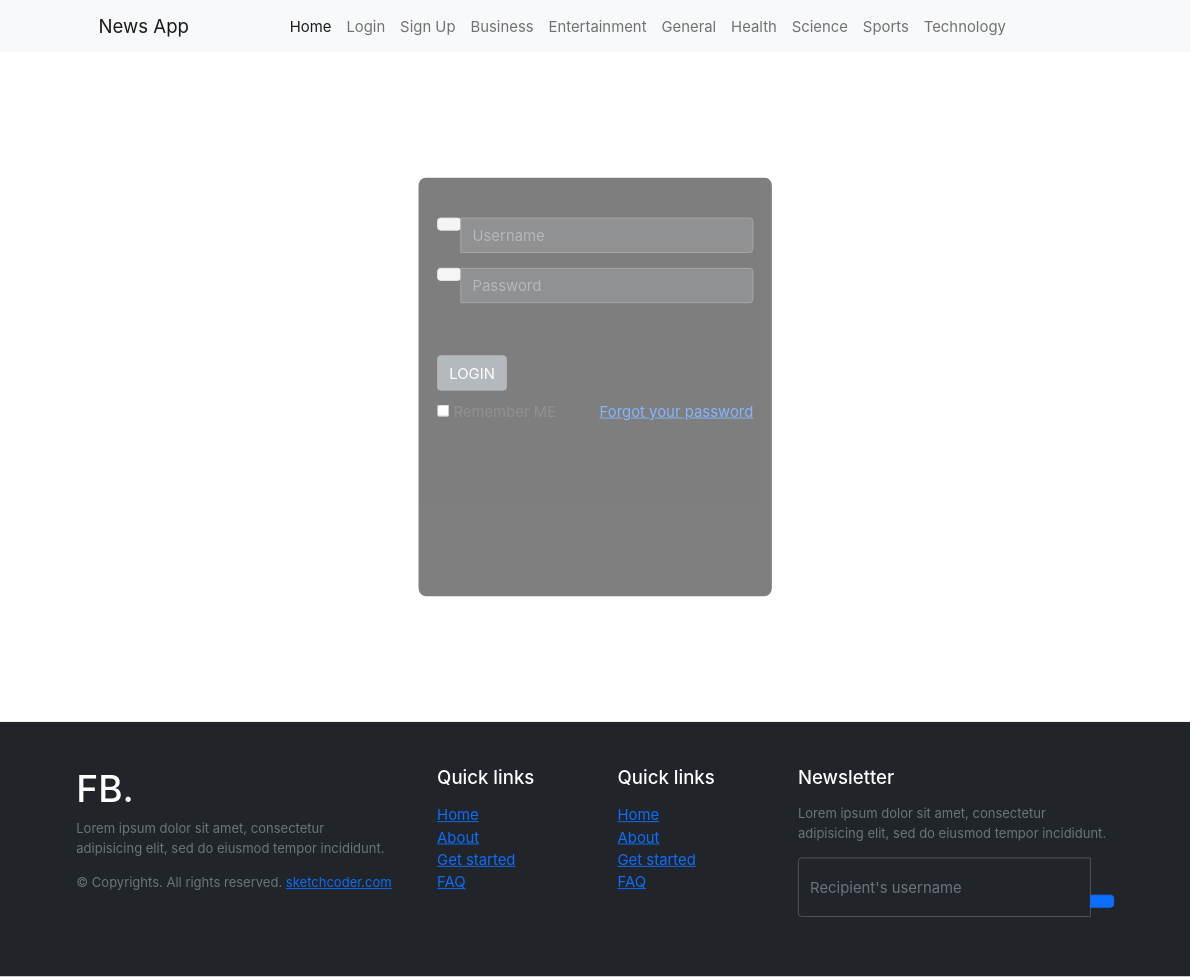
Repository: ZainAkbar51214/News-Site
Page: /login
These files come from the project's save history. The page is drawn as it stood at one moment and after the next save; the edit follows.
The browser window is 1280 px wide. The page is 1280 px wide, then 1292 px, so the pictures cover 1292 px, including what lies to the right of the window. The pictures show the whole page, at 93% of full size.
The project was rebuilt for these pictures with package versions that can differ from the ones it lists, and the page was loaded fresh each time. Also part of the build but not shown: src/Components/pages/SignUp.jsx, src/Components/Layouts/NewsItem.js, src/Components/Spinner.jsx, src/Components/Layouts/News.js.

Above is the page before, as saved 2023-12-18 03:40:41.

After the next save:
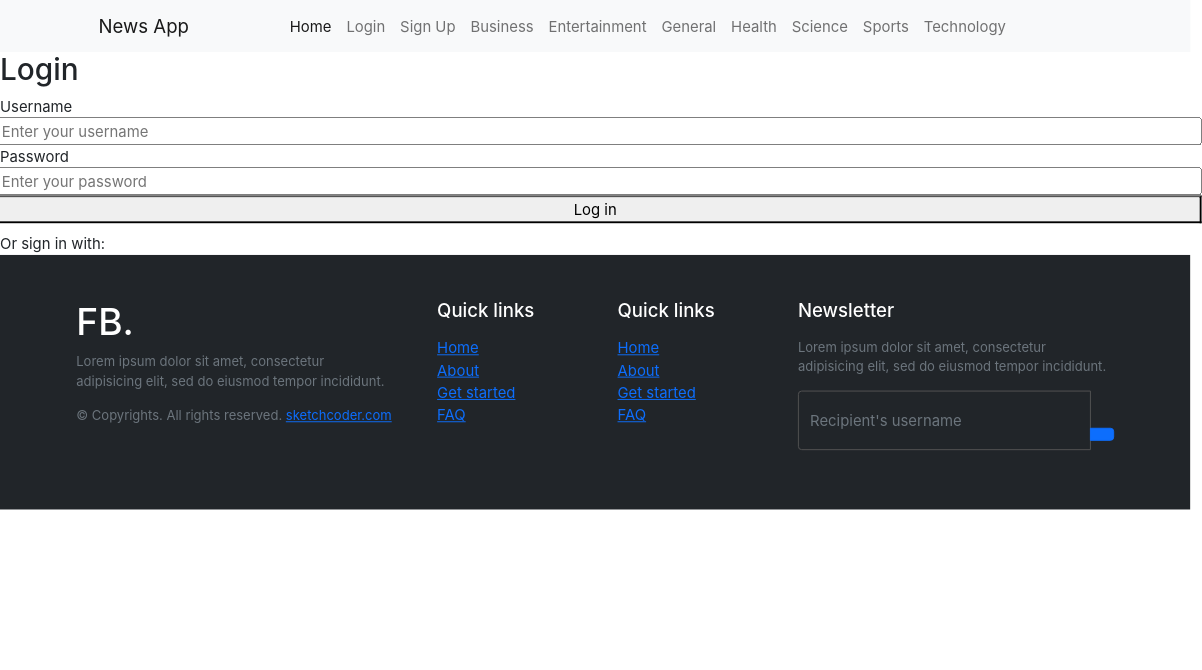
Saved 2 min 48 s later.
--- a/src/Components/pages/Login.jsx
+++ b/src/Components/pages/Login.jsx
@@ -1,47 +1,68 @@
 import React, { Component } from 'react';
 import { Link } from 'react-router-dom';
 
-class Login extends Component{
-    render(){
-      return(
-         <div className="container d-flex align-items-center justify-content-center" style={{width: '100%', height: '100vh'}}>
-          <div className="form-box">
-            <div className="header-form">
-              <h4 className="text-primary text-center"><i className="fa fa-user-circle" style={{fontSize:"110px"}}></i></h4>
-              <div className="image">
-              </div>
-            </div>
-            <div className="body-form">
-             <form>
-                <div className="input-group mb-3">
-     <div className="input-group-prepend">
-      <span className="input-group-text"><i class="fa fa-user"></i></span>
+
+class Login extends React.Component{
+  render(){
+    return(
+      <div id="loginform">
+        <FormHeader title="Login" />
+        <Form />
+        <OtherMethods />
+      </div>
+    )
+  }
+}
+
+const FormHeader = props => (
+    <h2 id="headerTitle">{props.title}</h2>
+);
+
+
+const Form = props => (
+   <div>
+     <FormInput description="Username" placeholder="Enter your username" type="text" />
+     <FormInput description="Password" placeholder="Enter your password" type="password"/>
+     <FormButton title="Log in"/>
+   </div>
+);
+
+const FormButton = props => (
+  <div id="button" class="row">
+    <button>{props.title}</button>
+  </div>
+);
+
+const FormInput = props => (
+  <div class="row">
+    <label>{props.description}</label>
+    <input type={props.type} placeholder={props.placeholder}/>
+  </div>
+);
+
+const OtherMethods = props => (
+  <div id="alternativeLogin">
+    <label>Or sign in with:</label>
+    <div id="iconGroup">
+      <Facebook />
+      <Twitter />
+      <Google />
     </div>
-    <input type="text" className="form-control" placeholder="Username" />
   </div>
-   <div className="input-group mb-3">
-     <div className="input-group-prepend">
-      <span className="input-group-text"><i class="fa fa-lock"></i></span>
-    </div>
-    <input type="text" className="form-control" placeholder="Password" />
-  </div>
-   <button type="button" className="btn btn-secondary btn-block">LOGIN</button>
-   <div className="message">
-  <div><input type="checkbox" /> Remember ME</div>
-   <div><Link to="/">Forgot your password</Link></div>
-   </div>
-     </form>
-              <div className="social">
-                <Link to="/"><i className="fab fa-facebook"></i></Link>
-                <Link to="/"><i className="fab fa-twitter-square"></i></Link>
-                <Link to="/"><i className="fab fa-google"></i></Link>
-              </div>
-            </div>
-          </div>
-         </div>
-      )
-    }
-  }
+);
+
+const Facebook = props => (
+  <a href="#" id="facebookIcon"></a>
+);
+
+const Twitter = props => (
+  <a href="#" id="twitterIcon"></a>
+);
+
+const Google = props => (
+  <a href="#" id="googleIcon"></a>
+);
+
 
 
 export default Login;
